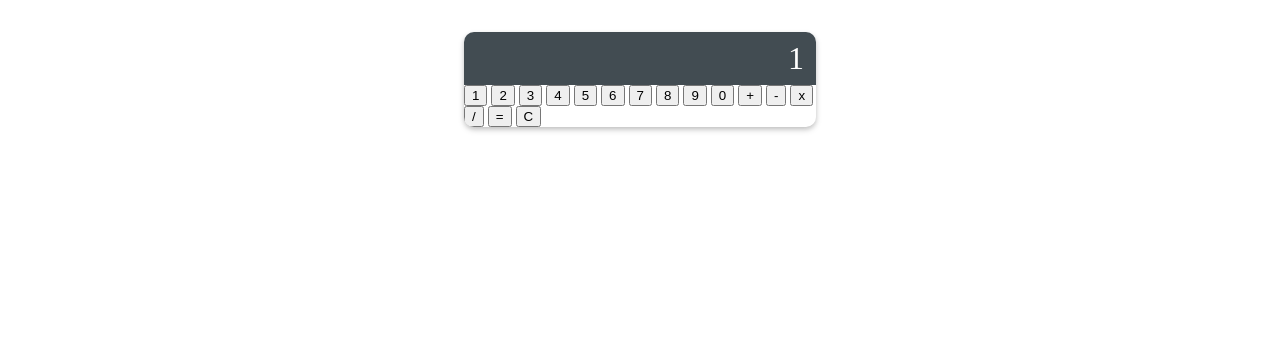
Repository: TEazy2433/LAB-calculator
Page: index.html
These files come from the project's save history. The page is drawn as it stood at one moment and after the next save; the edit follows.
The browser window is 1280 px wide. The pictures show the whole page.

Above is the page before, as saved 2023-10-13 17:22:18.

### index.html
<!DOCTYPE html>
<html lang="en">
<head>
  <meta charset="UTF-8">
  <meta name="viewport" content="width=device-width, initial-scale=1.0">
  <title>calculator</title>
  <link rel="stylesheet" href="main.css">
</head>
<body>

  <div class="container">
    <div class="display">1</div>
    <div class="buttons">
      <button class="key">1</button>
      <button class="key">2</button>
      <button class="key">3</button>
      <button class="key">4</button>
      <button class="key">5</button>
      <button class="key">6</button>
      <button class="key">7</button>
      <button class="key">8</button>
      <button class="key">9</button>
      <button class="key">0</button>
      <button class="operator">+</button>
      <button class="operator">-</button>
      <button class="operator">x</button>
      <button class="operator">/</button>
      <button class="equals">=</button>
      <button class="clear">C</button>



    </div>
  </div>


</body>
</html>

### main.css
.container{
  border-radius: 10px;
  box-shadow: 0px 3px 6px 0px rgba(0, 0, 0, 0.15), 0px 2px 4px 0px rgba(0, 0, 0, 0.12);
  margin-inline-start: auto;
  margin-inline-end: auto;
  margin-block-start: 2em;
  max-inline-size: 22rem;
  overflow: hidden;
}
.display{
  background: hsl(202, 11%, 29%);
  color: hsl(255, 100%, 100%);
  font-size: 2rem;
  padding-block-start: 0.5rem;
  padding-block-end: 0.5rem;
  padding-inline-end: 0.75rem;
  text-align: end;
}
.key{

}
.operator{

}
.equals{

}

After the next save:
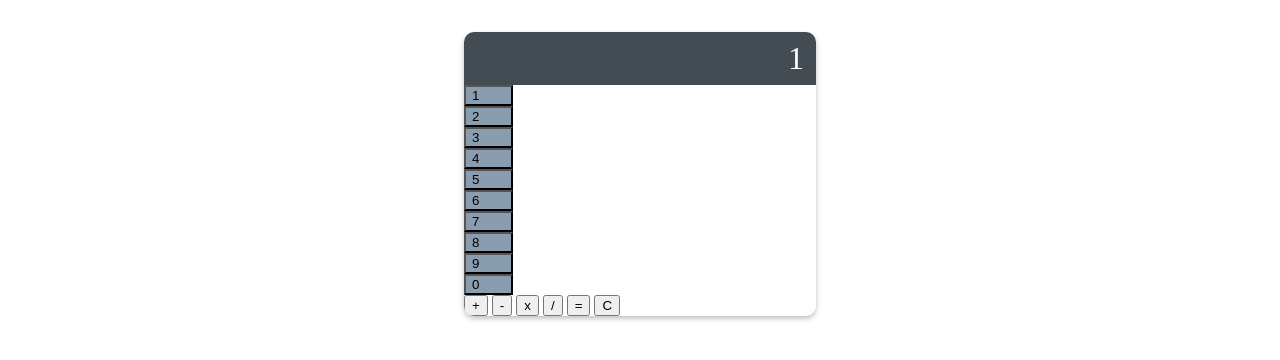
Saved 17 s later.
--- a/main.css
+++ b/main.css
@@ -17,7 +17,10 @@
   text-align: end;
 }
 .key{
-
+  display: grid;
+  grid-template-columns: repeat(4, 1fr);
+  grid-gap: 1px;
+  background: hsl(207, 19%, 61%);
 }
 .operator{
 
